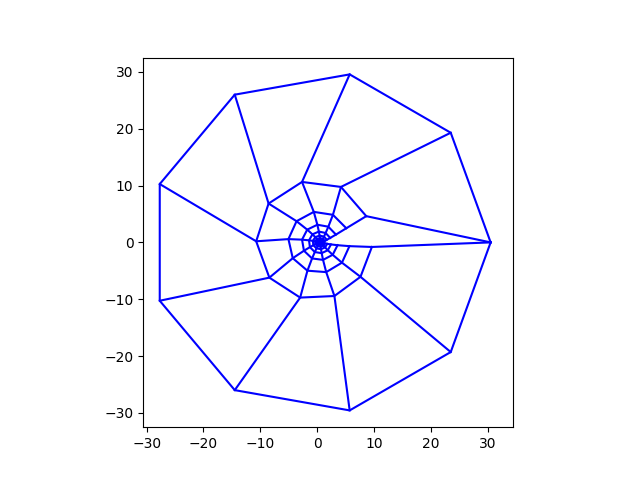
Repository: leiradom/CFDhomework
Script's output: python Laplaceequation/new.py
These files come from the project's save history. The script's output is drawn as it stood at one moment and after the next save; the edit follows.
Random numbers start from a fixed seed.

Above is the script's output before, as saved 2021-04-08 14:07:44.

After the next save:
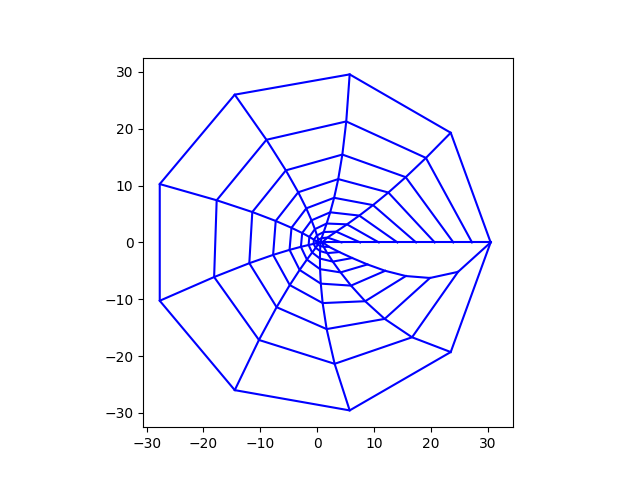
Saved 33 s later.
--- a/Laplaceequation/new.py
+++ b/Laplaceequation/new.py
@@ -81,7 +81,7 @@ plt.show()         #放在最外面，最后只画一张图
 
 
 while((e1 > e0) or (e2 > e0)):
-    for i in range(0,n1):
+    for i in range(1,n1):
         for j in range(1,n2-1):
             if(i == n1 - 1):
                 a = ((X[i][j+1]-X[i][j-1]) / (2*dcy))**2 + ((Y[i][j+1]-Y[i][j-1]) / (2*dcy))**2   #alpha
